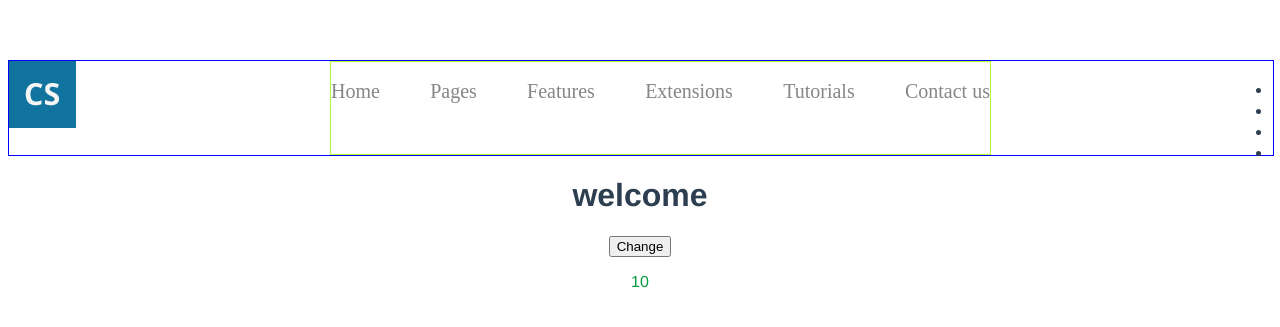
Repository: joker506/Creatives
Page: /
The author's editor kept a copy of each file at every save. The page is drawn from the files as they stood at one save, then again after the next save.
The browser window is 1280 px wide. The pictures show the whole page.
The project was rebuilt for these pictures with package versions that can differ from the ones it lists, and the page was loaded fresh each time.

Above is the page before, as saved 2020-03-29 16:37:37.

### src/App.vue
<template>
  <div id="app">
<HeaderApp />

    <HelloWorld
    @clicks="clickUp($event)"
       :msg=msg
       :counter=counter />
  </div>
</template>

<script>
import HelloWorld from './components/HelloWorld.vue'
import HeaderApp from './components/HeaderApp.vue'

export default {
  name: 'App',
  data(){
    return{
    msg:"welcome",
    counter:10
    }
  },
  components: {
    HelloWorld,
    HeaderApp
  },
  methods:{
    clickUp(event){
      console.log("click")
      this.counter=event
    }
  }
}
</script>

<style>
#app {
  font-family: Avenir, Helvetica, Arial, sans-serif;
  -webkit-font-smoothing: antialiased;
  -moz-osx-font-smoothing: grayscale;
  text-align: center;
  color: #2c3e50;
  margin-top: 60px;
}
</style>

### src/components/HelloWorld.vue
<template>
  <div class="hello">
    <h1>{{ msg }} </h1>
   <button @click="clickDown">Change</button>
   <p>{{counter}}</p>
  </div>
</template>

<script>
export default {
  name: 'HelloWorld',
  props: {
    msg: String,
    counter:Number

  },
  methods:{
    clickDown(){
      console.log("Your Click!")
      this.$emit("clicks",this.counter+1)

    }
  }
}
</script>

<style scoped>
h3 {
  margin: 40px 0 0;
}
ul {
  list-style-type: none;
  padding: 0;
}
li {
  display: inline-block;
  margin: 0 10px;
}
a {
  color: #42b983;
}
p{
  color:rgb(3, 156, 62);
}
</style>

### src/components/HeaderApp.vue
<template>

<header class="header">

<div class="header__top">

<a class="logo" href="#">
    <img src="src/assets/logo1.png" alt="logo">
</a>

<nav class="main-nav">
    <ul class="main-nav__items">
        <li class="item">
            <a href="#">Home</a> </li>
        <li class="item">
            <a href="#">Pages</a> </li>
        <li class="item">
            <a href="#">Features</a> </li>
        <li class="item">
            <a href="#">Extensions</a> </li>
        <li class="item">
            <a href="#">Tutorials</a> </li>
        <li class="item">
            <a href="#">Contact us</a> </li>
    </ul>
</nav>

<div class="social">
    <ul class="social__items">
        <li class="social__item"><a href="#"></a></li>
        <li class="social__item"><a href="#"></a></li>
        <li class="social__item"><a href="#"></a></li>
        <li class="social__item"><a href="#"></a></li>
    </ul>
</div>

</div>
<div class="header__main">


</div>


</header>

</template>

<script>
export default {
    name:'HeaderApp',

}
</script>

<style lang="scss">
.header{
    font-size: 18px;
    //background-image: url('src/assets/Layer96.jpg');
    background-repeat: no-repeat;
}

.header__top{
    display: flex;
    justify-content: space-between;
    width: 100%;
    height: 94px;
    border: 1px solid blue;

}
.logo {
    list-style: none;
    cursor: pointer;
    color: #000000 ;
    &>img{
    width:79px;
    height:75px;
    }
}

.main-nav{
border: 1px solid greenyellow;
}
.main-nav__items{
    padding: 0;
    display: flex;
    justify-content: space-between;
 width: 659px;
height: 90px;
}
.item{
    height: 20px;
    list-style: none;
    font-family: "Myriad Pro";
    font-size: 20px;
    font-weight: 400;
    color: #ffffff;
    &>a{
            text-decoration: none;
    color: #868686;
    &:hover{
        color: blue;
    }

    }
}

</style>

Loaded but not shown: public/index.html (common file); src/main.js (common file)

After the next save:
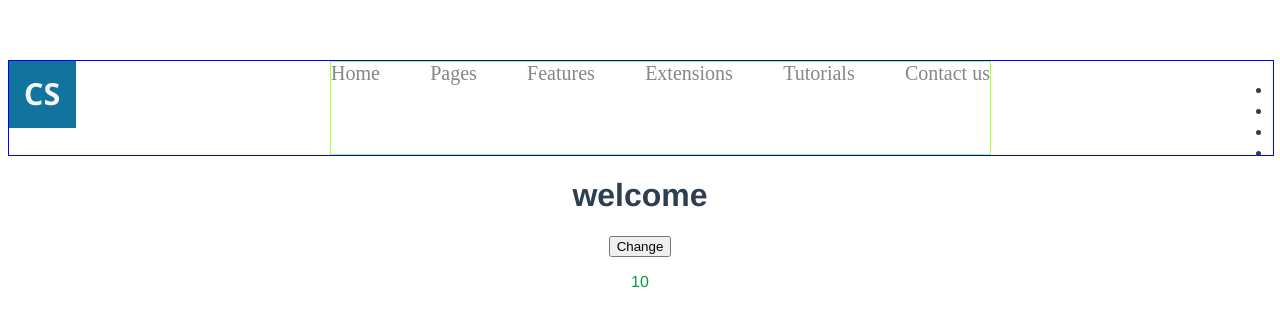
Saved 74 s later.
--- a/src/components/HeaderApp.vue
+++ b/src/components/HeaderApp.vue
@@ -81,9 +81,10 @@ export default {
 border: 1px solid greenyellow;
 }
 .main-nav__items{
-    padding: 0;
-    display: flex;
-    justify-content: space-between;
+padding: 0;
+margin: 0;
+display: flex;
+justify-content: space-between;
  width: 659px;
 height: 90px;
 }
